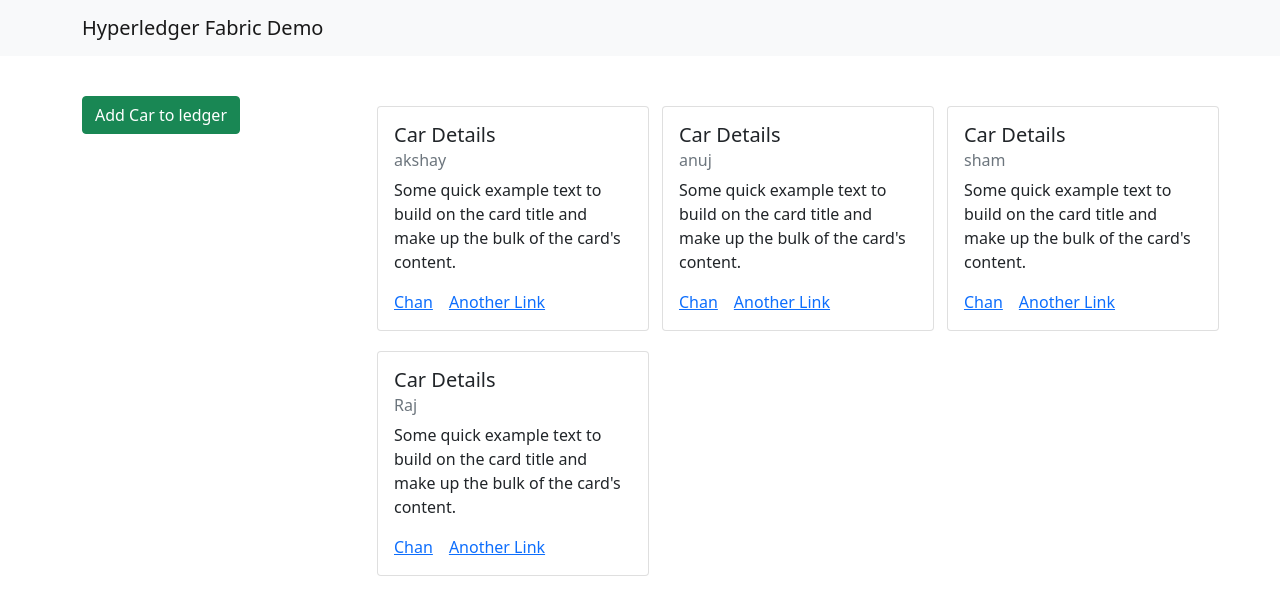
Repository: akshaykurhekar/hyperledger-asset-monetization-dapp
Page: / (app in fabcarWeb/new-ui/)
An editor plug-in stored every save of this project. The page is shown before and after the next save, followed by the edit.
The browser window is 1280 px wide. The pictures show the whole page.
The page's requests for data from a server got no answer. The project was rebuilt for these pictures with package versions that can differ from the ones it lists, and the page was loaded fresh each time. No one was signed in, and anything a server would have sent is missing.

Above is the page before, as saved 2022-03-31 17:02:09.

After the next save:
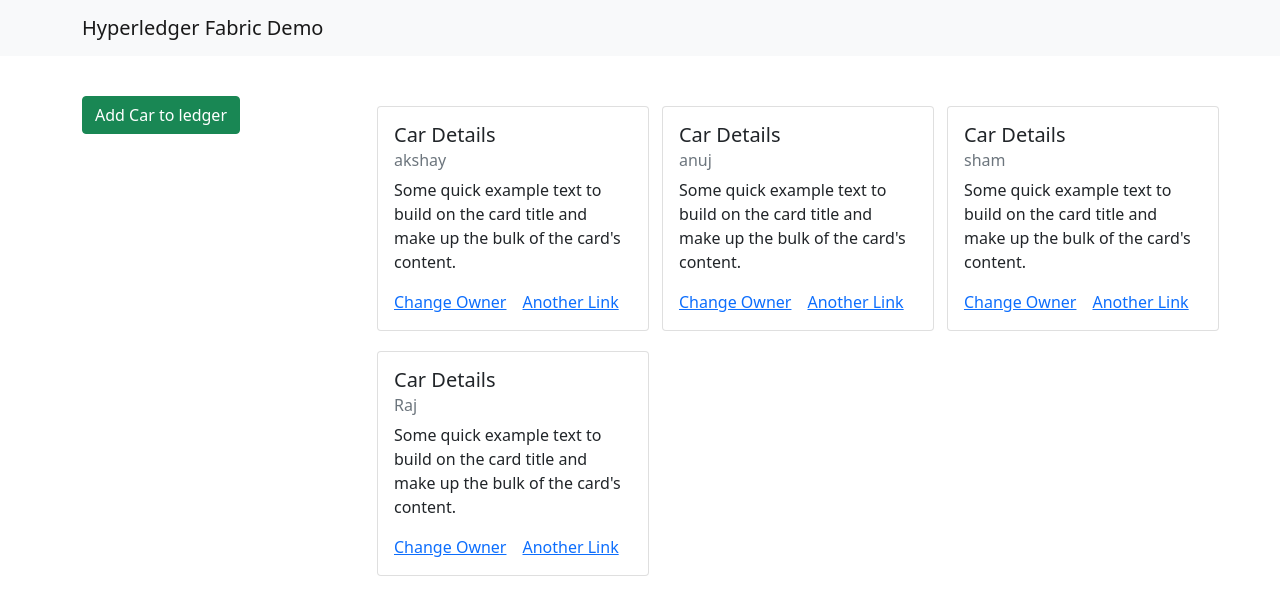
Saved 4 s later.
--- a/fabcarWeb/new-ui/src/components/card.js
+++ b/fabcarWeb/new-ui/src/components/card.js
@@ -11,7 +11,7 @@
                 Some quick example text to build on the card title and make up the bulk of
                 the card's content.
                 </Card.Text>
-                <Card.Link href="#">Chan</Card.Link>
+                <Card.Link href="#">Change Owner</Card.Link>
                 <Card.Link href="#">Another Link</Card.Link>
             </Card.Body>
         </Card>
